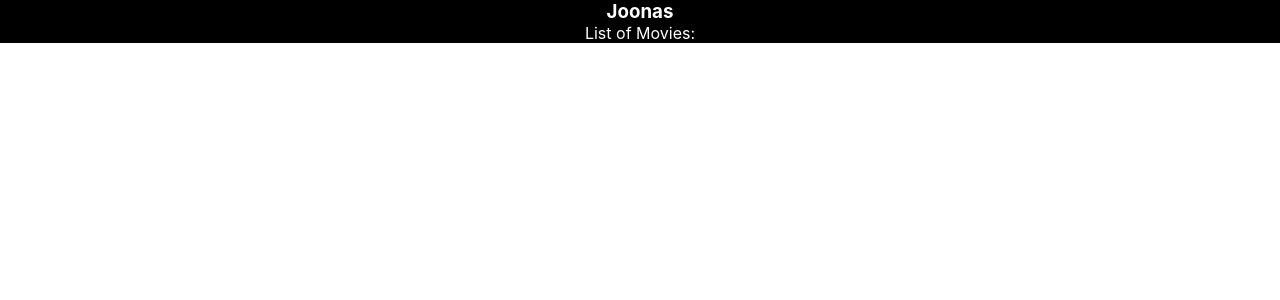
Repository: SubmergedSnake/react-usecontext
Page: /
An editor plug-in stored every save of this project. The page is shown before and after the next save, followed by the edit.
The browser window is 1280 px wide. The pictures show the whole page.
The project was rebuilt for these pictures with package versions that can differ from the ones it lists, and the page was loaded fresh each time. Also part of the build but not shown: src/Movie.js.

Above is the page before, as saved 2020-11-21 18:47:53.

### src/index.css
* {
  margin: 0;
  padding: 0;
}

body {
 color:white;
  font-family: -apple-system, BlinkMacSystemFont, 'Segoe UI', 'Roboto', 'Oxygen',
    'Ubuntu', 'Cantarell', 'Fira Sans', 'Droid Sans', 'Helvetica Neue',
    sans-serif;
  -webkit-font-smoothing: antialiased;
  -moz-osx-font-smoothing: grayscale;
}

code {
  font-family: source-code-pro, Menlo, Monaco, Consolas, 'Courier New',
    monospace;
}

### src/App.js
import logo from './logo.svg';
import './App.css';
import MovieList from './MovieList';
import Nav from './Nav';
import {MovieProvider} from './MovieContext';

function App() {
  return (
    <MovieProvider>
    <div className="App">
      <Nav />
      <MovieList />
    </div>
    </MovieProvider>
  );
}

export default App;

### src/MovieList.js
import React, { useState, useContext} from 'react';
import Movie from './Movie';
import {MovieContext} from './MovieContext';

const listStyle = {
    background: 'darkslategray'
}

const MovieList = () => {
const value = useContext(MovieContext);
    return (
        <div style={listStyle}>
            {/*{movies.map(movie => (
                <Movie
                name={movie.name}
                price={movie.price}
                key={movie.id}
            />
            ))}*/}
        </div>
    );

}

export default MovieList;

### src/Nav.js
import React from 'react';

const navStyle = {
    background: 'black',
  };


const Nav = ({name, price}) => {
    return(
        <div style={navStyle}>
            <h3>Joonas</h3>
    <p>List of Movies: </p>
        </div>
    )
}

export default Nav;

### src/MovieContext.js
import React, { useState, createContext } from 'react';

export const MovieContext = createContext();

export const MovieProvider = props => {
    const [movies, setMovies] = useState([
        {
            name: 'Harry Potter',
            price: '$10',
            id: 23124
        },
        {
            name: 'Game of Thrones',
            price: '$13',
            id: 223324
        },
        {
            name: 'Inception',
            price: '$9',
            id: 2312474
        }
    ]);

    return (
        <MovieContext.Provider value={'Hello'}>
            {props.children}
        </MovieContext.Provider>
    );
}

Loaded but not shown: public/index.html (common file); src/index.js (common file); src/reportWebVitals.js (common file); src/App.css (common file)

After the next save:
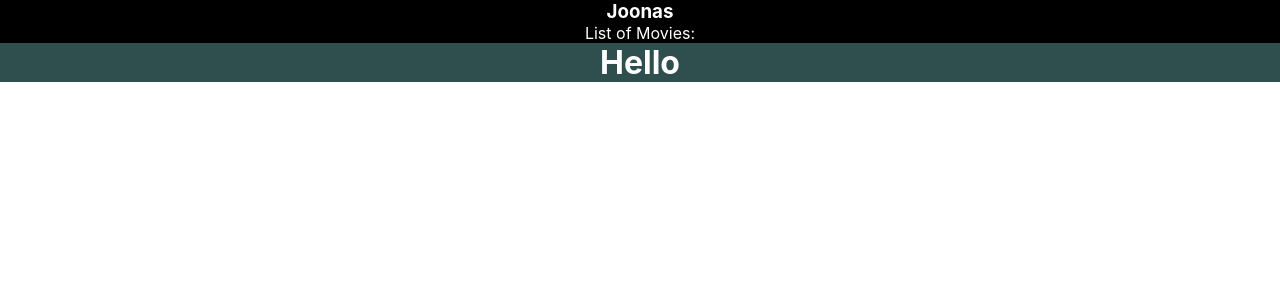
Saved 14 s later.
--- a/src/MovieList.js
+++ b/src/MovieList.js
@@ -10,6 +10,7 @@
 const value = useContext(MovieContext);
     return (
         <div style={listStyle}>
+            <h1>{value}</h1>
             {/*{movies.map(movie => (
                 <Movie
                 name={movie.name}
